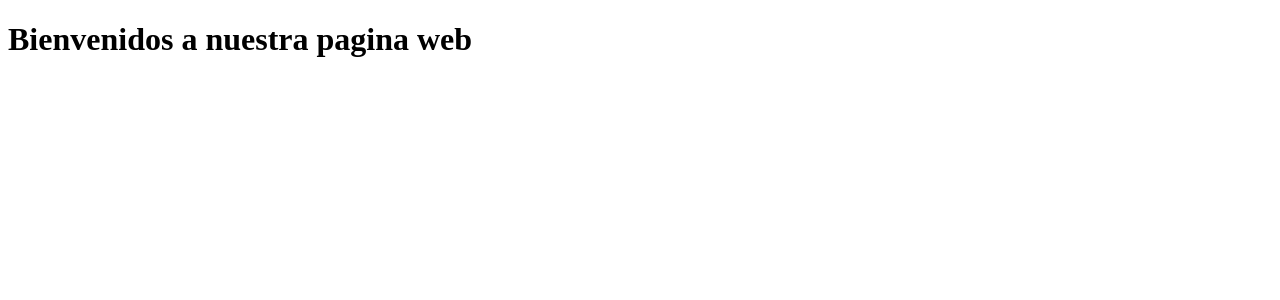
Repository: ismaeluceda/cursoJavaBasico
Page: 05_Web/WebContent/Inicio.html
These files come from the project's save history. The page is drawn as it stood at one moment and after the next save; the edit follows.
The browser window is 1280 px wide. The pictures show the whole page.

Above is the page before, as saved 2019-04-24 10:28:49.

### 05_Web/WebContent/Inicio.html
<!DOCTYPE html>
<html>
<head>
<meta charset="UTF-8">
<title>Insert title here</title>
</head>
<body>
	<h1>Bienvenidos a nuestra pagina web</h1>
</body>
</html>

After the next save:
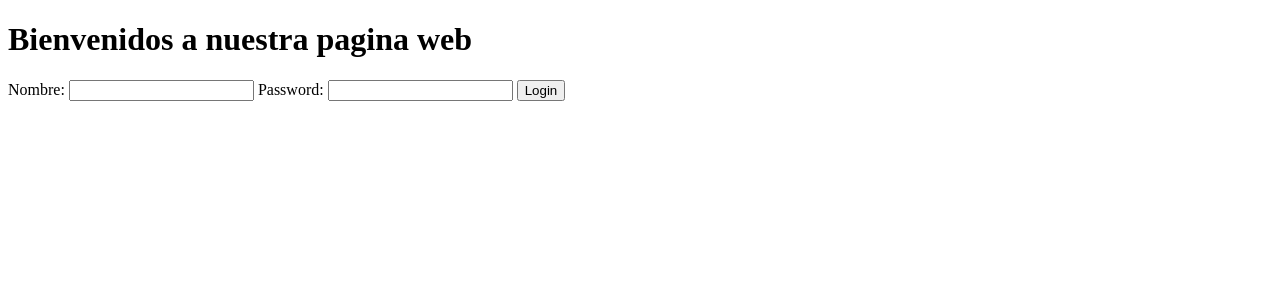
Saved 22 min 27 s later.
--- a/05_Web/WebContent/Inicio.html
+++ b/05_Web/WebContent/Inicio.html
@@ -6,5 +6,11 @@
 </head>
 <body>
 	<h1>Bienvenidos a nuestra pagina web</h1>
+	<form action="">
+		Nombre: <input type="text" name="nombreUsuario"></input>
+		Password: <input type="text" name="pwdUsuario"></input>
+		<input type="submit" value="Login"></input>
+
+	</form>
 </body>
 </html>
